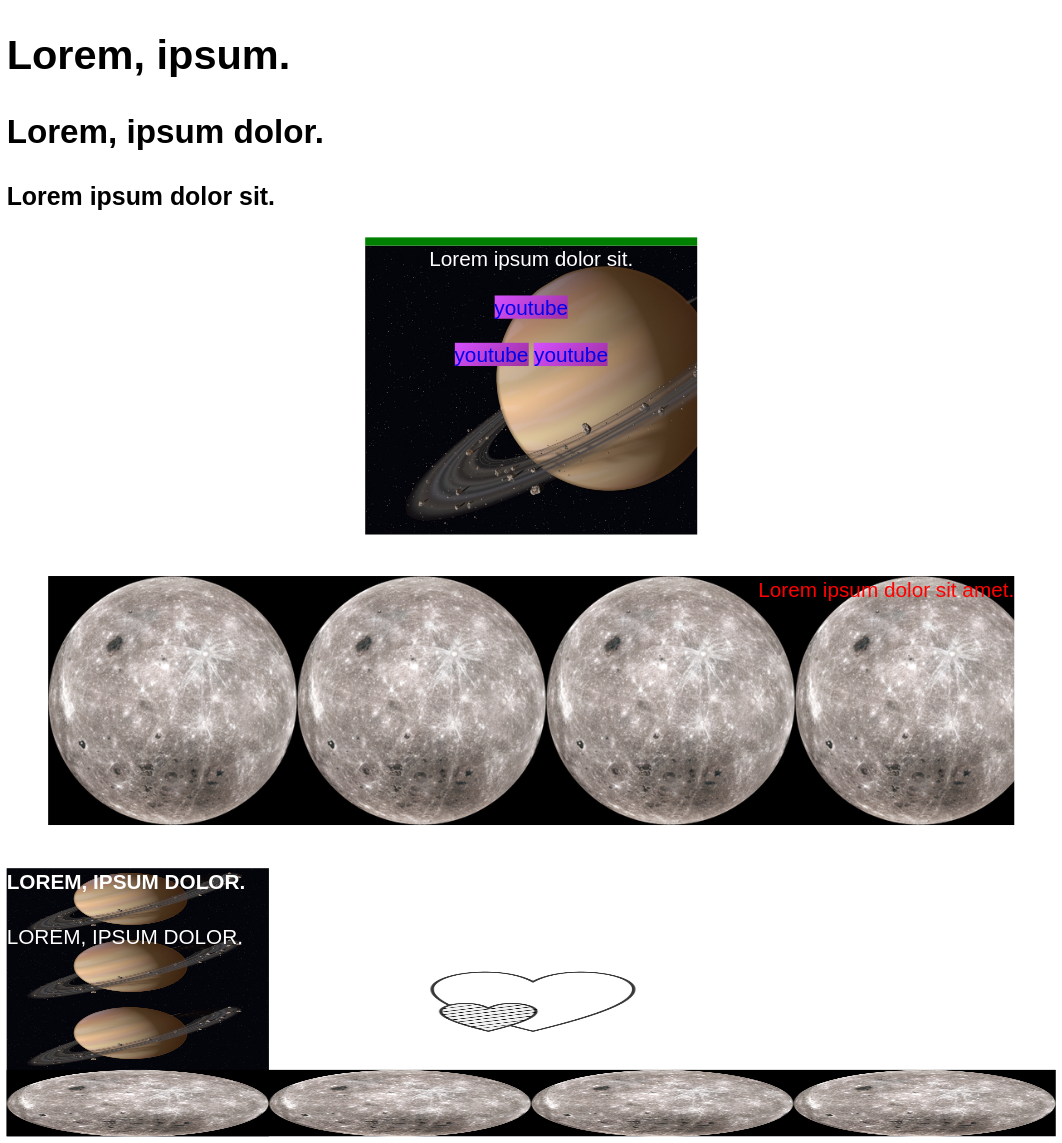
Repository: aSSasdy/assasdy.github.io
Page: index.html
These files come from the project's save history. The page is drawn as it stood at one moment and after the next save; the edit follows.
The browser window is 1280 px wide. The pictures show the whole page, at 83% of full size.

Above is the page before, as saved 2021-11-28 16:51:23.

After the next save:
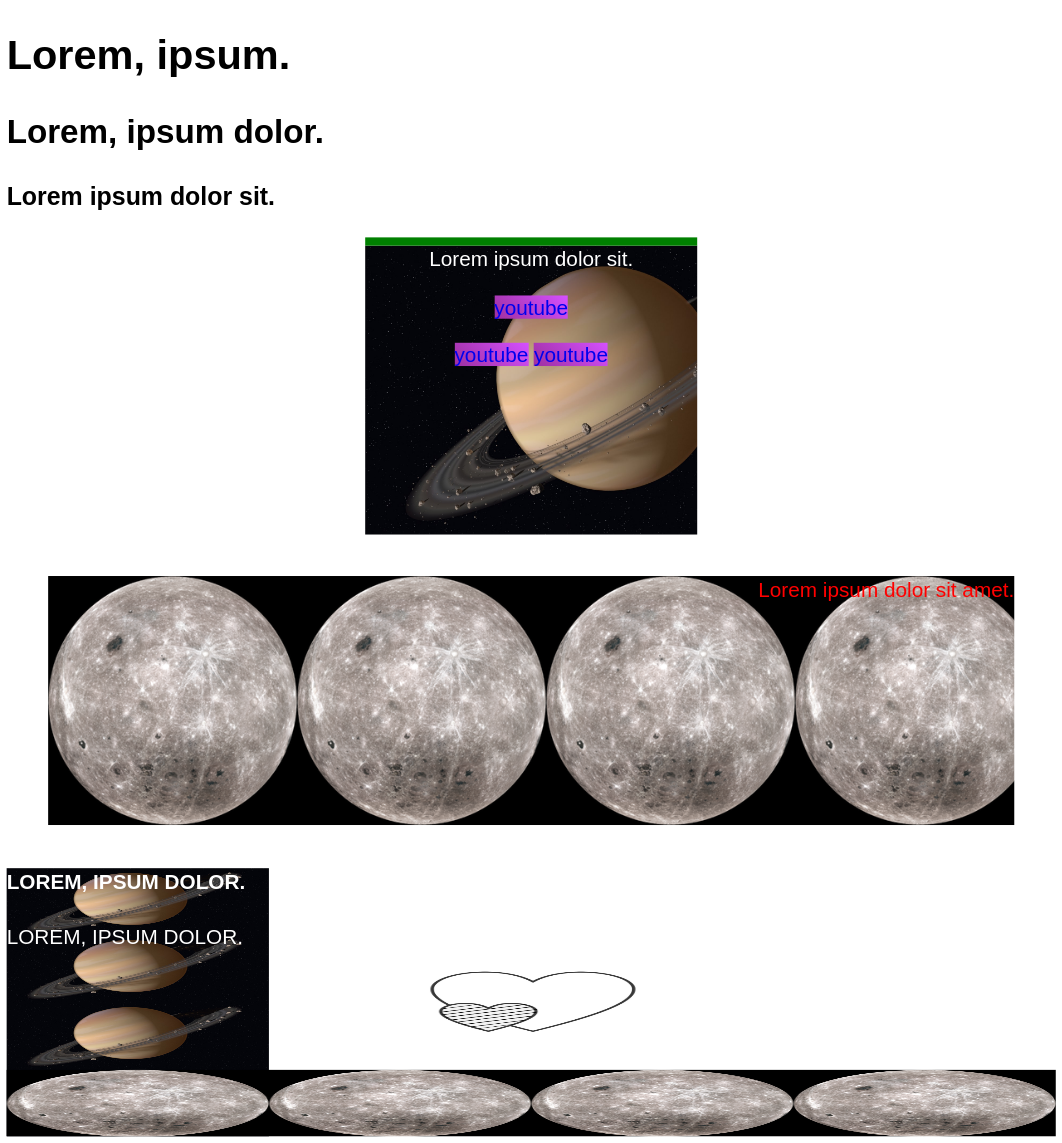
Saved 57 s later.
--- a/css/style.css
+++ b/css/style.css
@@ -46,9 +46,9 @@
 }
 a {
     text-decoration: none;
-    background: linear-gradient(-45deg, rgb(158, 48, 160), rgb(213, 80, 298));
+    background: linear-gradient(45deg, rgb(158, 48, 160), rgb(213, 80, 298));
 }
 a:hover{
     text-decoration: none;
-    background: linear-gradient(-45deg, rgb(158, 48, 160), rgb(213, 80, 298));
+    background: linear-gradient(45deg, rgb(255, 244, 255), rgb(223, 80, 298));
 }
